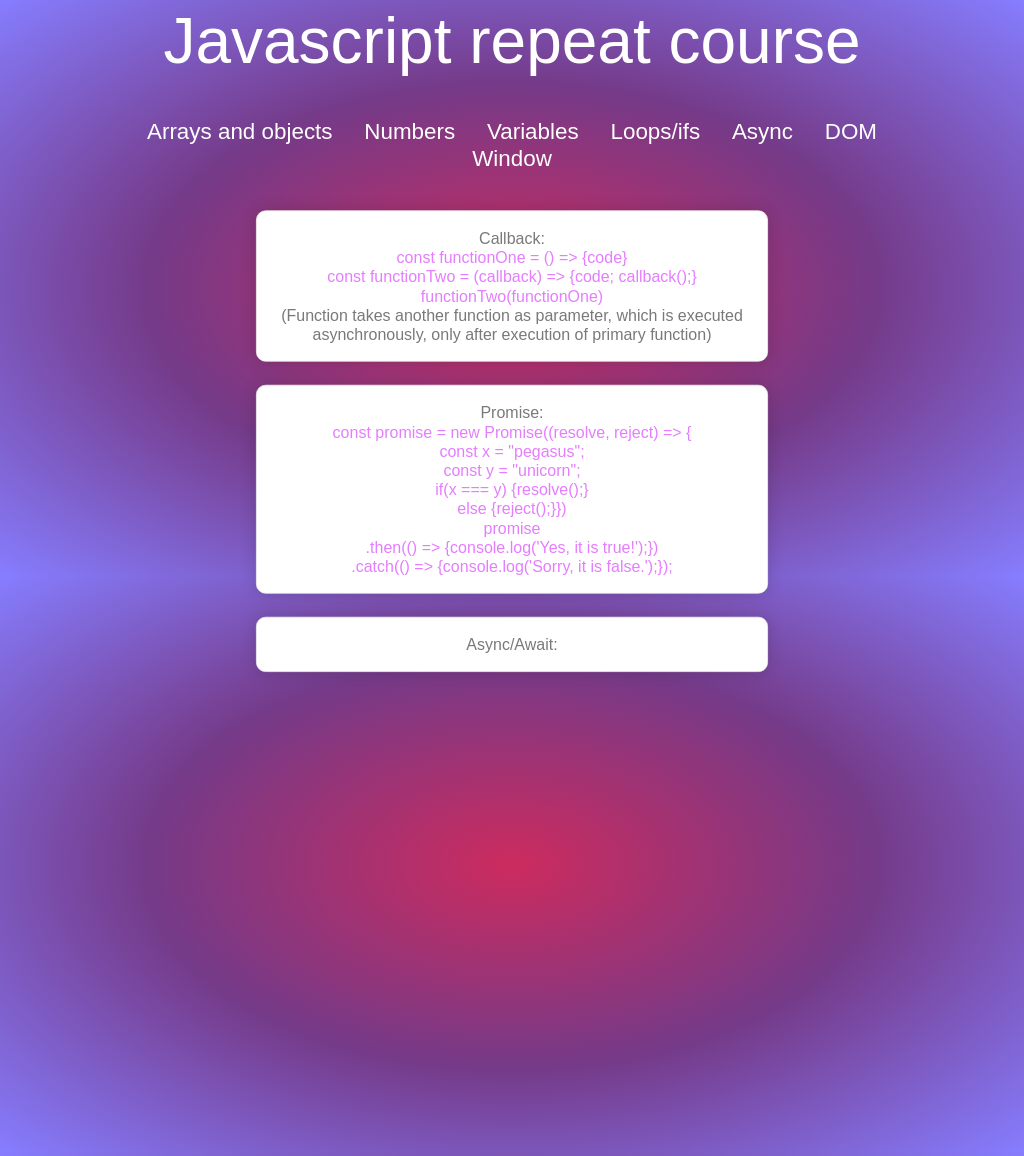
Repository: michalgornicki/javascript
Page: /#/Async
The author's editor kept a copy of each file at every save. The page is drawn from the files as they stood at one save, then again after the next save.
The browser window is 1280 px wide. The pictures show the whole page, at 80% of full size.
Backgrounds fixed to the window are drawn as part of the page. The project was rebuilt for these pictures with package versions that can differ from the ones it lists, and the page was loaded fresh each time. Also part of the build but not shown: src/index.css, src/components/arrays.jsx, src/components/variables.jsx, src/components/numbers.jsx, src/components/loops.jsx, src/components/DOM manipulation.jsx, src/components/window.jsx.

Above is the page before, as saved 2022-02-04 12:43:57.

### src/App.jsx
import React from "react";
import "./App.css";
import "bootstrap/dist/css/bootstrap.min.css";
import { Route, HashRouter as Router, Routes, Link } from "react-router-dom";
import Arrays from "./components/arrays.jsx"
import Variables from "./components/variables.jsx"
import Numbers from "./components/numbers.jsx"
import Loops from "./components/loops.jsx"
import Async from "./components/async.jsx"
import DOM from "./components/DOM manipulation.jsx"
import Window from "./components/window.jsx"

function App() {


  return (


    <Router>
    <div className="text-center">
      <div className="display-1 mt-1 mb-5 text-white">Javascript repeat course</div>

      <div className="h3 d-flex w-75 m-auto my-5 justify-content-evenly flex-wrap text-white">

      <Link className="link-style mx-3" to="/">Arrays and objects</Link>
      <Link className="link-style mx-3" to="/Numbers">Numbers</Link>
      <Link className="link-style mx-3" to="/Variables">Variables</Link>
      <Link className="link-style mx-3" to="/Loops">Loops/ifs</Link>
      <Link className="link-style mx-3" to="/Async">Async</Link>
      <Link className="link-style mx-3" to="/DOM">DOM</Link>
      <Link className="link-style mx-3" to="/Window">Window</Link>


      </div>

      <Routes>
          <Route path="/" element={<Arrays />} />
          <Route path="/Numbers" element={<Numbers />} />
          <Route path="/Variables" element={<Variables />} />
          <Route path="/Loops" element={<Loops />} />
          <Route path="/Async" element={<Async />} />
          <Route path="/DOM" element={<DOM />} />
          <Route path="/Window" element={<Window />} />
        </Routes>


    </div>
    </Router>
  );
}

export default App;

### src/App.css
body{
    font-family: Arial, Helvetica, sans-serif!important;
    overflow-x: hidden;
    padding-bottom: 80vh;
    height: auto;
    background: radial-gradient( #cc2b5e, #753a88, rgb(134, 125, 255));
    background-attachment: fixed;
}

.js-item{
    color:rgb(121, 121, 121);
    background-color: white;
    transition: 0.2s;
    padding: 3vh;
    margin-bottom: 4vh!important;
    border: 1px solid rgb(240, 240, 240);
    width: 50%;
    margin-left: auto;
    margin-right: auto;
    box-shadow: 0px 0px 20px rgba(0, 0, 0, 0.15);
    border-radius: 0.75rem;
}

.js-item:hover{
    cursor: pointer;
    background-color: rgb(240, 240, 240);
}

.text-pink{
    color:rgb(229, 125, 255)!important;
}

.link-style{
    color: inherit;
    text-decoration: inherit;
}

.link-style:hover{
    color: rgb(229, 125, 255);
}

@media only screen and (max-device-width: 600px), (max-width: 600px) {

    .js-item{
        width: 95%;
    }

}

### src/components/async.jsx
const Async = () => {
  const functionOne = () => {
    console.log("aaa");
  };
  const functionTwo = (callback) => {
    console.log("bbb");
    callback();
  };
  functionTwo(functionOne);

  return (
    <div className="">
      <div className="js-item h5">
        {" "}
        <span className="">Callback: </span> <br />
        <span className="text-pink">{`const functionOne = () => {code}`}</span> <br />
        <span className="text-pink">{`const functionTwo = (callback) => {code; callback();}`}</span> <br />
        <span className="text-pink">{`functionTwo(functionOne)`}</span> <br /> (Function takes another function as parameter, which is executed asynchronously, only after execution of primary function)
      </div>
      <div className="js-item h5">
        {" "}
        <span className="">Promise: </span> <br />
        <span className="text-pink">{`const promise = new Promise((resolve, reject) => {`}</span> <br />
        <span className="text-pink">{`const x = "pegasus";`}</span> <br />
        <span className="text-pink">{`const y = "unicorn";`}</span> <br />
        <span className="text-pink">{` if(x === y) {resolve();}`}</span> <br />
        <span className="text-pink">{` else {reject();}})`}</span> <br />
        <span className="text-pink">{`promise`}</span> <br />
        <span className="text-pink">{`.then(() => {console.log('Yes, it is true!');})`}</span> <br />
        <span className="text-pink">{`.catch(() => {console.log('Sorry, it is false.');});`}</span> <br />
      </div>
      <div className="js-item h5">
        {" "}
        <span className="">Async/Await: </span> <br />

      </div>
    </div>
  );
};

export default Async;

Loaded but not shown: public/index.html (common file); src/index.js (common file); src/reportWebVitals.js (common file)

After the next save:
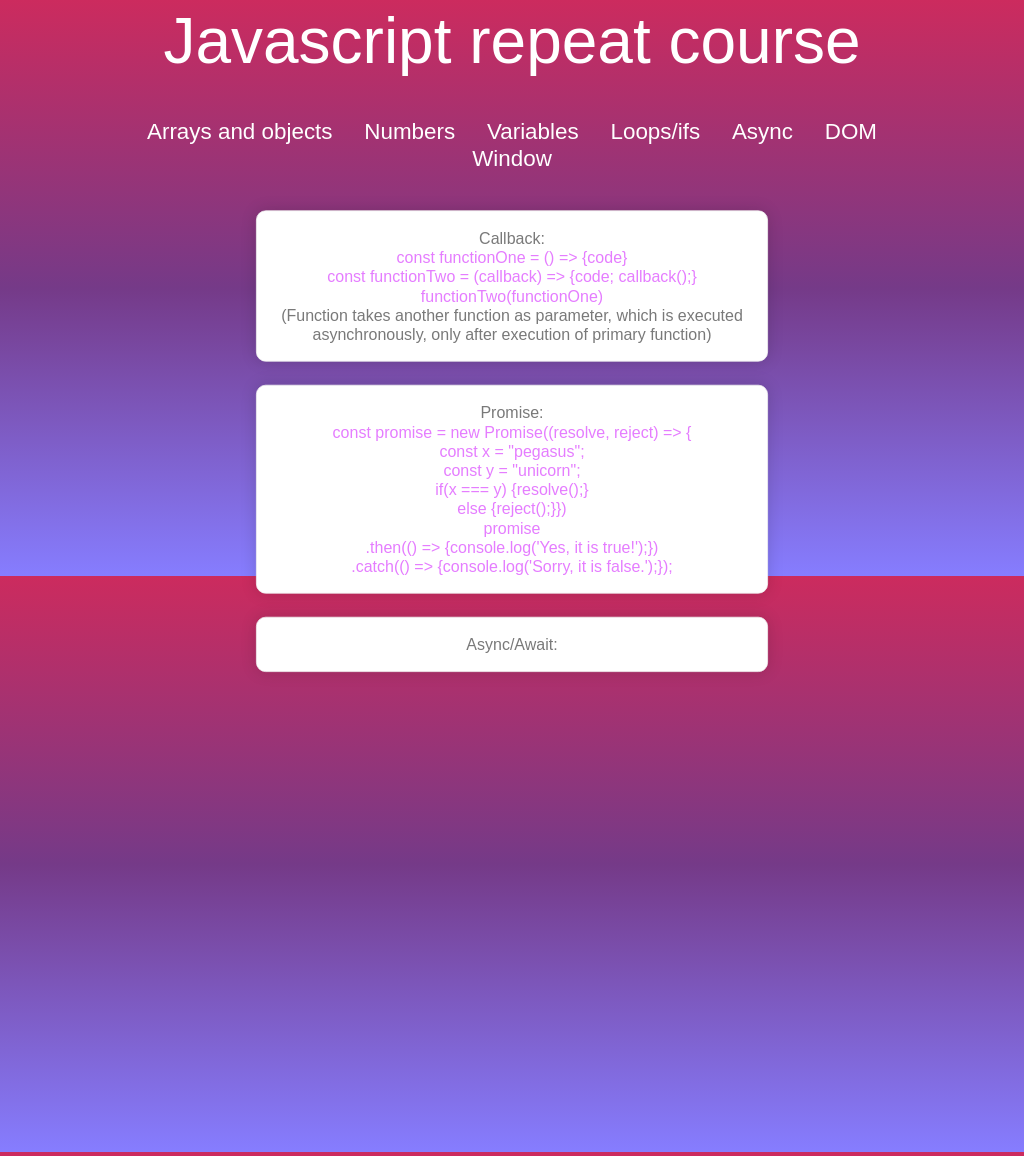
Saved 8 s later.
--- a/src/App.css
+++ b/src/App.css
@@ -3,7 +3,7 @@ body{
     overflow-x: hidden;
     padding-bottom: 80vh;
     height: auto;
-    background: radial-gradient( #cc2b5e, #753a88, rgb(134, 125, 255));
+    background: linear-gradient( #cc2b5e, #753a88, rgb(134, 125, 255));
     background-attachment: fixed;
 }
 
